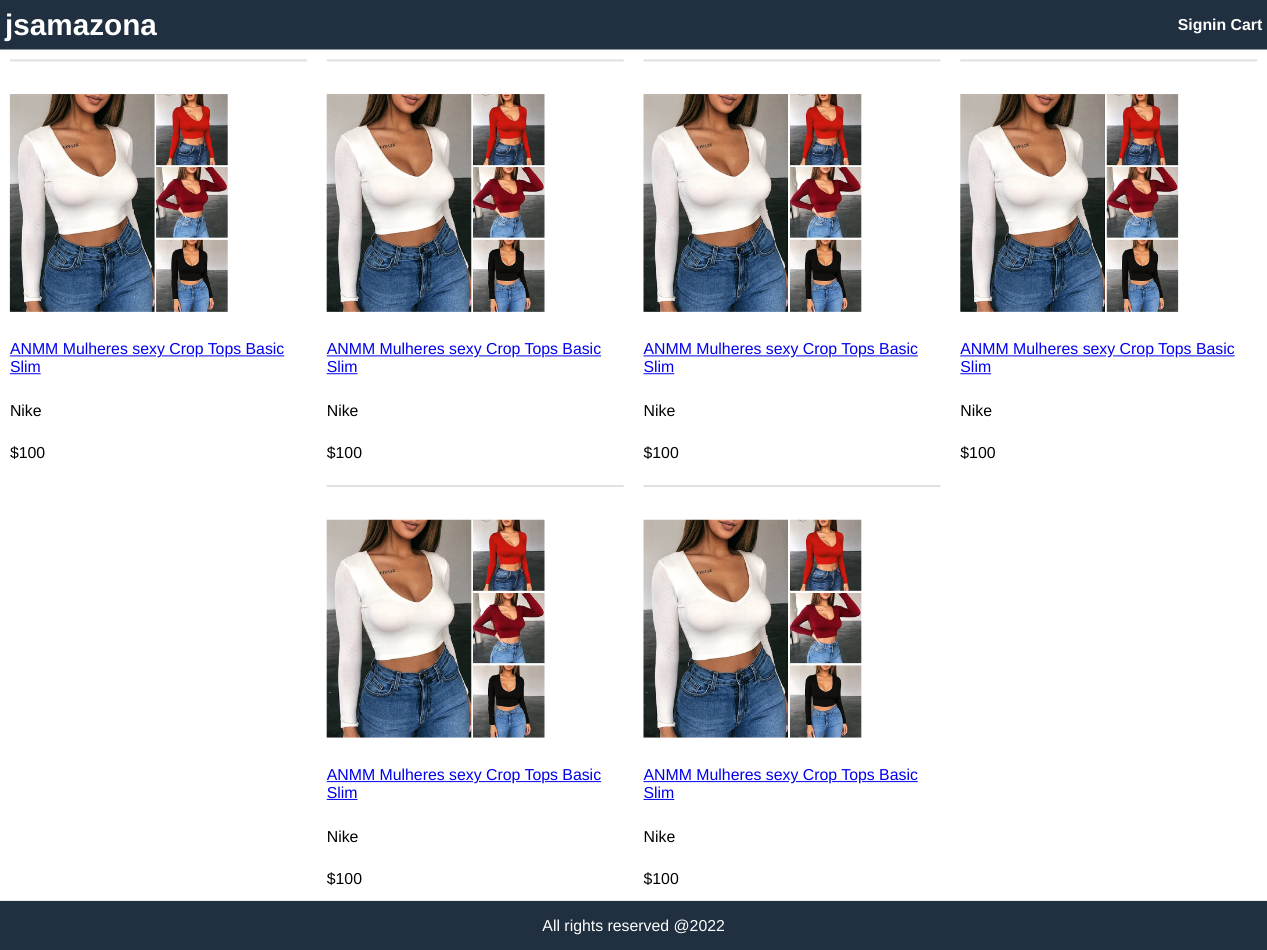
Repository: Mardoqueu/ecommerce-website
Page: jsamazona/frontend/src/index.html
An editor plug-in stored every save of this project. The page is shown before and after a run of saves, followed by the edit.
The browser window is 1280 px wide. The pictures show the whole page, at 99% of full size.

Above is the page before, as saved 2022-09-12 10:26:01.

### jsamazona/frontend/src/index.html
<!DOCTYPE html>
<html lang="en">
  <head>
    <meta charset="UTF-8" />
    <meta http-equiv="X-UA-Compatible" content="IE=edge" />
    <meta name="viewport" content="width=device-width, initial-scale=1.0" />
    <link rel="stylesheet" href="style.css" />
    <title>JS Amazona</title>
  </head>
  <body>
    <div class="grid-container">
      <header>
        <div class="brand">
          <a href="/#/">jsamazona</a>
        </div>
        <div>
          <a href="/#/signin">Signin</a>
          <a href="/#/cart">Cart</a>
        </div>
      </header>
      <main>
        <div>
          <ul class="products">
            <li>
              <div class="product">
                <a href="/#/products/1">
                  <img src="images/product-1.jpg" alt="product 1" />
                </a>
                <div class="product-name">
                  <a href="/#/products/1">
                    ANMM Mulheres sexy Crop Tops Basic Slim
                  </a>
                </div>
                <div class="product-brand">Nike</div>
                <div class="product-price">$100</div>
              </div>
            </li>
            <li>
              <div class="product">
                <a href="/#/products/1">
                  <img src="images/product-1.jpg" alt="product 1" />
                </a>
                <div class="product-name">
                  <a href="/#/products/1">
                    ANMM Mulheres sexy Crop Tops Basic Slim
                  </a>
                </div>
                <div class="product-brand">Nike</div>
                <div class="product-price">$100</div>
              </div>
            </li>
            <li>
              <div class="product">
                <a href="/#/products/1">
                  <img src="images/product-1.jpg" alt="product 1" />
                </a>
                <div class="product-name">
                  <a href="/#/products/1">
                    ANMM Mulheres sexy Crop Tops Basic Slim
                  </a>
                </div>
                <div class="product-brand">Nike</div>
                <div class="product-price">$100</div>
              </div>
            </li>
            <li>
              <div class="product">
                <a href="/#/products/1">
                  <img src="images/product-1.jpg" alt="product 1" />
                </a>
                <div class="product-name">
                  <a href="/#/products/1">
                    ANMM Mulheres sexy Crop Tops Basic Slim
                  </a>
                </div>
                <div class="product-brand">Nike</div>
                <div class="product-price">$100</div>
              </div>
            </li>
            <li>
              <div class="product">
                <a href="/#/products/1">
                  <img src="images/product-1.jpg" alt="product 1" />
                </a>
                <div class="product-name">
                  <a href="/#/products/1">
                    ANMM Mulheres sexy Crop Tops Basic Slim
                  </a>
                </div>
                <div class="product-brand">Nike</div>
                <div class="product-price">$100</div>
              </div>
            </li>
            <li>
              <div class="product">
                <a href="/#/products/1">
                  <img src="images/product-1.jpg" alt="product 1" />
                </a>
                <div class="product-name">
                  <a href="/#/products/1">
                    ANMM Mulheres sexy Crop Tops Basic Slim
                  </a>
                </div>
                <div class="product-brand">Nike</div>
                <div class="product-price">$100</div>
              </div>
            </li>
          </ul>
        </div>
      </main>
      <footer>All rights reserved @2022</footer>
    </div>
  </body>
</html>

### jsamazona/frontend/src/style.css
* {
    box-sizing: border-box;
  }
  html {
    font-size: 62.5%; /* 16px * 62.5 = 10px = 1rem */
  }
  body {
    height: 100vh;
    font: 1.6rem Helvetica, Arial;
    margin: 0;
  }
  .grid-container {
    display: grid;
    grid-template-areas:
      'header'
      'main'
      'footer';
    grid-template-columns: 1fr;
    grid-template-rows: 5rem 1fr 5rem;
    height: 100%;
  }

  header {
    grid-area: header;
    background-color: #203040;
    color: #ffffff;
    display: flex;
    justify-content: space-between;
    align-items: center;
    padding: 0.5rem;
  }
  header a {
    color: #ffffff;
    font-weight: bold;
    text-decoration: none;
  }
  header a:hover {
    color: #f08040;
  }

  .brand a {
    font-size: 3rem;
  }

  footer {
    background-color: #203040;
    display: flex;
    justify-content: center;
    align-items: center;
    color: #ffffff;
  }

/* Products */
.products {
    display: flex;
    flex-wrap: wrap;
    list-style-type: none;
    padding: 0;
    margin: 0;
    justify-content: center;
  }

  .products li {
    flex: 0 1 30rem;
    margin: 1rem;
    margin-bottom: 0;
    height: 42rem;
    border-top: 0.2rem #e0e0e0 solid;
  }

  .product {
    display: flex;
    flex-direction: column;
    justify-content: space-around;
    height: 100%;
  }

  .product img {
    max-height: 26rem;
    max-width: 22rem;
    margin-top: 2rem;
  }

After the next 3 saves:
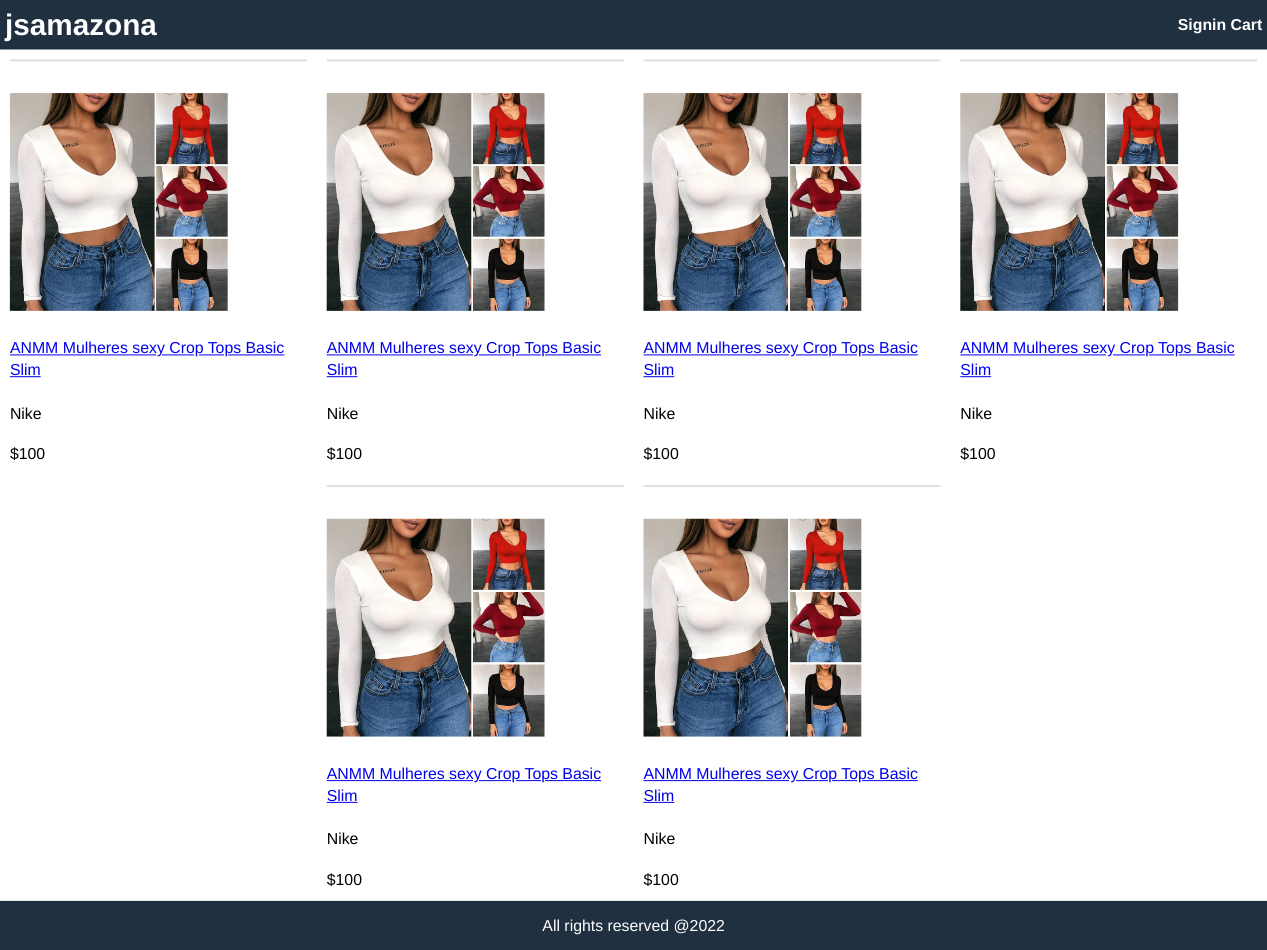
The 3 saves are shown as one change because they came seconds apart.
The last was saved 24 s later.
--- a/jsamazona/frontend/src/style.css
+++ b/jsamazona/frontend/src/style.css
@@ -80,3 +80,7 @@
     max-width: 22rem;
     margin-top: 2rem;
   }
+
+  .product-name {
+    line-height: 2.2rem;
+  }
